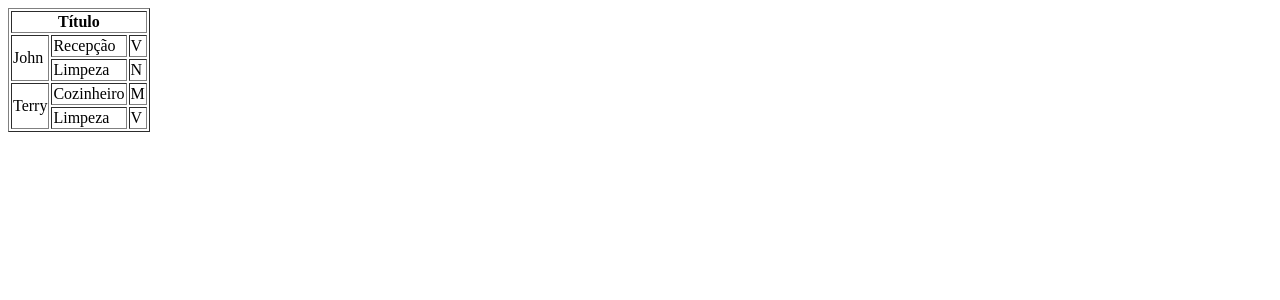
Repository: AndreiLGomes/faculdade
Page: 2 ano/WorkspaceTrilhaWeb/ProjetoTrilhaWeb/src/main/webapp/teste.html
These files come from the project's save history. The page is drawn as it stood at one moment and after a run of saves; the edit follows.
The browser window is 1280 px wide. The pictures show the whole page.

Above is the page before, as saved 2024-04-08 22:06:59.

After the next 2 saves:
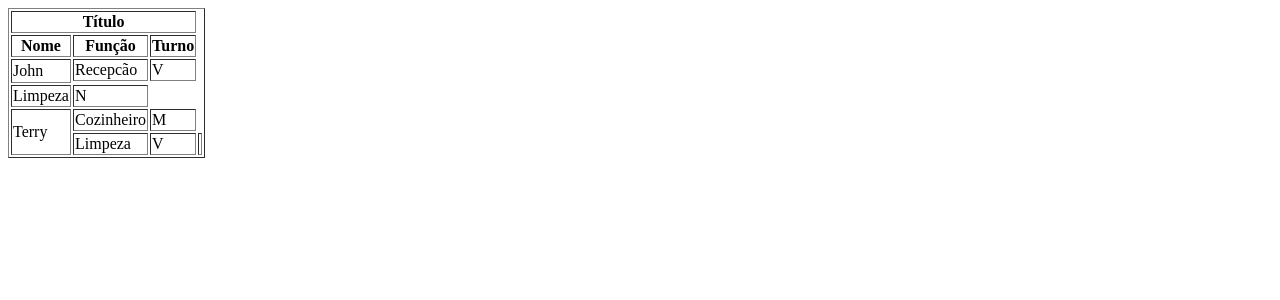
The 2 saves are shown as one change because they came seconds apart.
The last was saved 115 s later.
--- a/2 ano/WorkspaceTrilhaWeb/ProjetoTrilhaWeb/src/main/webapp/teste.html
+++ b/2 ano/WorkspaceTrilhaWeb/ProjetoTrilhaWeb/src/main/webapp/teste.html
@@ -1,11 +1,17 @@
-<table border="1">
+<table border=1>
 	<tr>
 		<th colspan="3">Título</th>
+	</tr>
+	<tr>
+		<th>Nome</th>
+		<th>Função</th>
+		<th>Turno</th>
+	</tr>
 	<tr>
 		<td rowspan="2">John</td>
-		<td>Recepção</td>
+		<td>Recepcão</td>
 		<td>V</td>
-	</tr>
+	<tr>
 	<tr>
 		<td>Limpeza</td>
 		<td>N</td>
@@ -17,5 +23,7 @@
 	</tr>
 	<tr>
 		<td>Limpeza</td>
-		<td>V</td>
+		<td>V
+		<td>
 	</tr>
+</table>
